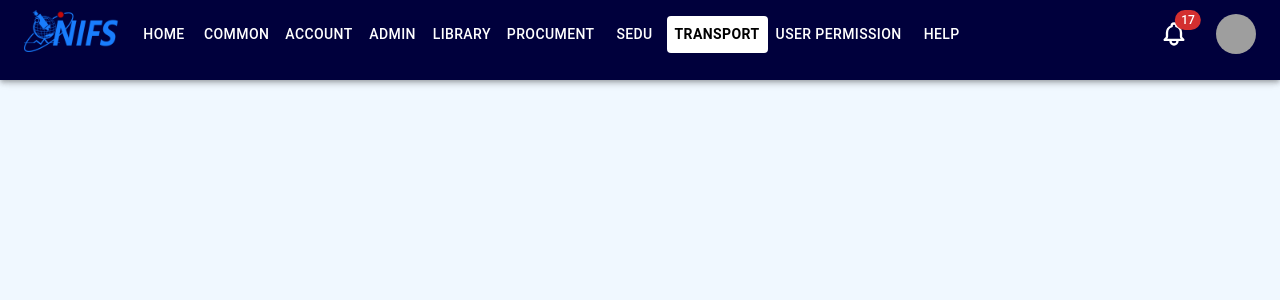
Repository: virangaj/NIFS-WebApp
Page: /transport (app in client/)
The author's editor kept a copy of each file at every save. The page is drawn from the files as they stood at one save, then again after the next save.
The browser window is 1280 px wide. The pictures show the whole page.
Pictures or frames that could not be fetched are drawn as grey boxes. The project was rebuilt for these pictures with package versions that can differ from the ones it lists, and the page was loaded fresh each time. Also part of the build but not shown: client/src/pages/Login.tsx, client/src/pages/Home.tsx, client/src/pages/CommonMainPage.tsx, client/src/pages/AccountMainPage.tsx, client/src/pages/AdminMainPage.tsx, client/src/pages/LibraryMainPage.js, client/src/pages/ProcumentMainPage.js, client/src/components/sedu/AttendanceFeedback.tsx and 15 more.

Above is the page before, as saved 2022-07-28 00:40:50.

### client/public/index.html
<!DOCTYPE html>
<html lang="en">
	<head>
		<meta charset="utf-8" />
		<link rel="icon" href="nifs_logo.png" />
		<meta name="viewport" content="width=device-width, initial-scale=1" />
		<meta name="theme-color" content="#000000" />
		<meta
			name="description"
			content="Web site created using create-react-app"
		/>
		<link rel="apple-touch-icon" href="%PUBLIC_URL%/logo192.png" />
		<!--
      manifest.json provides metadata used when your web app is installed on a
      user's mobile device or desktop. See https://developers.google.com/web/fundamentals/web-app-manifest/
    -->
		<link rel="manifest" href="%PUBLIC_URL%/manifest.json" />
		<!--
      Notice the use of %PUBLIC_URL% in the tags above.
      It will be replaced with the URL of the `public` folder during the build.
      Only files inside the `public` folder can be referenced from the HTML.

      Unlike "/favicon.ico" or "favicon.ico", "%PUBLIC_URL%/favicon.ico" will
      work correctly both with client-side routing and a non-root public URL.
      Learn how to configure a non-root public URL by running `npm run build`.
    -->
		<link
			href="https://fonts.googleapis.com/css?family=Poppins"
			rel="stylesheet"
		/>
		<title>NIFS Dashboard</title>
	</head>
	<body>
		<noscript>You need to enable JavaScript to run this app.</noscript>
		<div id="root"></div>
		<!--
      This HTML file is a template.
      If you open it directly in the browser, you will see an empty page.

      You can add webfonts, meta tags, or analytics to this file.
      The build step will place the bundled scripts into the <body> tag.

      To begin the development, run `npm start` or `yarn start`.
      To create a production bundle, use `npm run build` or `yarn build`.
    -->
	</body>
</html>

### client/src/index.css
* {
  margin: 0;
}

body {
  font-family: 'Poppins';
  -webkit-font-smoothing: antialiased;
  -moz-osx-font-smoothing: grayscale;
  background-color: aliceblue;
}

:root {
  --main-navbar-back: #00003c;
  --nav-title-section-back: rgba(4, 34, 80, 0.589);
  --white: #fff;
  --black: #000;
  --gray: rgba(68, 68, 68, 0.432);
  --border-radius: 10px;
  --pimary: rgb(10, 94, 133);
  --warning: #ed3d63;
}


.nav-logo {
  width: 100px;
  height: auto;
}

a {
  text-decoration: none;
}


/* main navbar */
.main-navbar {
  background-color: var(--main-navbar-back) !important;
  width: 100% !important;
  height: 80px !important;

}



/* secondary navbar */
.secondary-navbar {
  margin: auto;
}

.nav-flex-section {
  display: flex;
  justify-content: center;
}

.nav-flex-inside {
  margin-left: 5px;
  margin-left: 5px;
}

.nav-title {
  font-size: 15px;
  text-align: center;
  color: var(--white);
  font-weight: 600;

}

.nav-title-section {
  border-radius: var(--border-radius);
  background-color: var(--nav-title-section-back);
  box-shadow: rgba(100, 100, 111, 0.2) 0px 7px 29px 0px;
  pointer-events: none;
}

.nav-icon {
  font-size: 30px;
}

.nav-link {
  display: flex;
  flex-direction: column;
  align-items: center;
  font-size: 15px;
  margin-left: 10px;
  margin-left: 10px;
  border: none;
  box-shadow: rgba(100, 100, 111, 0.2) 0px 7px 29px 0px;
  padding: 4px 8px 6px 8px;
  margin-bottom: 10px;
  text-align: center;
  width: 125px;
  border-radius: var(--border-radius);
  background-color: var(--white);
  outline: none;
  height: 100px;

}

.nav-link:hover {
  color: var(--pimary);
  cursor: pointer;
  box-shadow: rgba(81, 146, 177, 0.2) 0px 7px 29px 0px;
  background-color: rgb(254, 255, 205);
  border-bottom: 2px solid var(--warning);

}


.nav-link:active {
  color: var(--pimary);
  cursor: pointer;
  box-shadow: rgba(81, 146, 177, 0.2) 0px 7px 29px 0px;
  background-color: rgb(205, 248, 255);
  border-bottom: 2px solid var(--warning);
}

.nav-link-active {
  color: var(--pimary);
  cursor: pointer;
  box-shadow: rgba(81, 146, 177, 0.2) 0px 7px 29px 0px;
  background-color: rgb(205, 248, 255);
  border-bottom: 2px solid var(--warning);
}

/* body content*/
.body-content {
  margin: auto;
  width: 90%;
  margin-top: 10vh;

}

/* main page content */
.main-content {
  width: 90%;
  margin: auto;
  margin-top: 20px;
}

/* sub page content */

.sub-body-content {
  border: 2px solid var(--gray);
  border-radius: var(--border-radius);
  padding: 10px;
}

.sub-body-title {
  font-size: 24px;
}



/* error page */
.error-page {
  border: 2px solid var(--gray);
  border-radius: var(--border-radius);
  height: 50vh;
  width: 50vw;
  margin: auto;
  margin-top: 50px;
}

.error-page-content {
  text-align: center;
  margin-top: 50px;
}

.error-page-content h1 {
  font-size: 100px;
  color: var(--warning);
  font-weight: 700;
  pointer-events: none;

}

.error-page-content p {
  font-size: 20px;
  margin-bottom: 20px;
  pointer-events: none;
}

### client/src/App.tsx
import React, { useEffect } from 'react';
import Navbar from './components/shared/Navbar';
import Login from './pages/Login'
import { BrowserRouter as Router, Route, Routes } from 'react-router-dom'
import Home from './pages/Home';
import TransportMainPage from './pages/TransportMainPage';
import CommonMainPage from './pages/CommonMainPage';
import AccountMainPage from './pages/AccountMainPage';
import AdminMainPage from './pages/AdminMainPage';
import LibraryMainPage from './pages/LibraryMainPage';
import ProcumentMainPage from './pages/ProcumentMainPage';
import SeduMainPage from './pages/SeduMainPage';
import UserPermissionMainPage from './pages/UserPermissionMainPage';
import NotificationMainPage from './pages/NotificationMainPage';
import HelpMainPage from './pages/HelpMainPage';
import ErrorPage from './pages/ErrorPage';


function App() {


  return (
    <Router>
      <Navbar />

      <Routes>

        <Route path="/login" element={<Login />} />
        <Route path="/" element={<Home />} />
        <Route path="/common/*" element={<CommonMainPage />} />
        <Route path="/account/*" element={<AccountMainPage />} />
        <Route path="/admin/*" element={<AdminMainPage />} />
        <Route path="/library/*" element={<LibraryMainPage />} />
        <Route path="/procument/*" element={<ProcumentMainPage />} />
        <Route path="/sedu/*" element={<SeduMainPage />} />
        <Route path="/transport/*" element={<TransportMainPage />} />
        <Route
          path="/user-permission/*"
          element={<UserPermissionMainPage />}
        />
        <Route
          path="/notification/*"
          element={<NotificationMainPage />}
        />
        <Route path="/help/*" element={<HelpMainPage />} />
        <Route path="/error-404" element={<ErrorPage />} />
      </Routes>


    </Router>
  );
}

export default App;

### client/src/components/shared/Navbar.tsx
import * as React from 'react';
import AppBar from '@mui/material/AppBar';
import Box from '@mui/material/Box';
import Toolbar from '@mui/material/Toolbar';
import IconButton from '@mui/material/IconButton';
import Typography from '@mui/material/Typography';
import Menu from '@mui/material/Menu';
import Container from '@mui/material/Container';
import Avatar from '@mui/material/Avatar';
import Button from '@mui/material/Button';
import Tooltip from '@mui/material/Tooltip';
import MenuItem from '@mui/material/MenuItem';
import { HiMenuAlt2, HiOutlineBell } from "react-icons/hi";
import Badge from '@mui/material/Badge';
import Logo from '../../images/nifs_logo.png'
import { Link, useLocation } from 'react-router-dom';
const pages = [
    {
        id: 0,
        title: 'Home',
        link: '/',
    },
    {
        id: 1,
        title: 'Common',
        link: '/common',
    },
    {
        id: 2,
        title: 'Account',
        link: '/account',
    },
    {
        id: 3,
        title: 'Admin',
        link: '/admin',
    },
    {
        id: 4,
        title: 'Library',
        link: '/library',
    },
    {
        id: 5,
        title: 'Procument',
        link: '/procument',
    },
    {
        id: 6,
        title: 'SEDU',
        link: '/sedu',
    },
    {
        id: 7,
        title: 'Transport',
        link: '/transport',
    },
    {
        id: 8,
        title: 'User Permission',
        link: '/user-permission',
    },
    // {
    //     id: 9,
    //     title: 'Notification',
    //     link: '/notification',
    // },
    {
        id: 10,
        title: 'Help',
        link: '/help',
    },
];
const settings = [
    {
        id: 0,
        title: 'Login',
        link: '/login',
    },
];
const Navbar = () => {

    // nav bar function and variables
    const location: any = useLocation();

    const [anchorElNav, setAnchorElNav] = React.useState<null | HTMLElement>(null);
    const [anchorElUser, setAnchorElUser] = React.useState<null | HTMLElement>(null);

    const handleOpenNavMenu = (event: React.MouseEvent<HTMLElement>) => {
        setAnchorElNav(event.currentTarget);
    };
    const handleOpenUserMenu = (event: React.MouseEvent<HTMLElement>) => {
        setAnchorElUser(event.currentTarget);
    };

    const handleCloseNavMenu = () => {
        setAnchorElNav(null);
    };

    const handleCloseUserMenu = () => {
        setAnchorElUser(null);
    };

    return (
        <AppBar position="fixed" className="main-navbar">
            <Container maxWidth="xl">
                <Toolbar disableGutters>
                    {/*Responsive view start here  */}
                    <Box sx={{ display: { xs: 'none', md: 'flex' }, mr: 1 }}>
                        <Link to='/'>
                            <img src={Logo} alt="logo" className="nav-logo" />
                        </Link>
                    </Box>


                    <Box sx={{ flexGrow: 1, display: { xs: 'flex', md: 'none' } }}>
                        <IconButton
                            size="large"
                            aria-label="account of current user"
                            aria-controls="menu-appbar"
                            aria-haspopup="true"
                            onClick={handleOpenNavMenu}
                            color="inherit"
                        >
                            <HiMenuAlt2 />
                        </IconButton>
                        <Menu
                            id="menu-appbar"
                            anchorEl={anchorElNav}
                            anchorOrigin={{
                                vertical: 'bottom',
                                horizontal: 'left',
                            }}
                            keepMounted
                            transformOrigin={{
                                vertical: 'top',
                                horizontal: 'left',
                            }}
                            open={Boolean(anchorElNav)}
                            onClose={handleCloseNavMenu}
                            sx={{
                                display: { xs: 'block', md: 'none' },
                            }}
                        >
                            {pages && pages.map((page, index) => (
                                location.pathname.split('/')[1] === page.link.split('/')[1] ?
                                    <Link to={page.link} style={{ textDecoration: 'none' }} key={index}>
                                        <Button

                                            onClick={handleCloseNavMenu}
                                            sx={{ my: 2, color: 'white', display: 'block' }}
                                            style={{ backgroundColor: '#000', color: '#fff', fontWeight: 700 }}
                                        >
                                            {page.title}
                                        </Button>
                                    </Link>
                                    :
                                    <Link to={page.link} style={{ textDecoration: 'none' }} >
                                        <Button
                                            key={page.id}
                                            onClick={handleCloseNavMenu}
                                            sx={{ my: 2, color: 'white', display: 'block' }}
                                            style={{ backgroundColor: '#fff', color: '#000' }}
                                        >
                                            {page.title}
                                        </Button>
                                    </Link>
                            ))}
                        </Menu>
                    </Box>
                    {/* Responsive view ends here */}

                    {/* Full width starts here */}
                    <Box
                        sx={{
                            mr: 2,
                            display: { xs: 'flex', md: 'none' },
                            flexGrow: 1,
                        }}
                    >
                        <Link to='/'>
                            <img src={Logo} alt="logo" className="nav-logo" />
                        </Link>
                    </Box>

                    <Box sx={{ flexGrow: 1, display: { xs: 'none', md: 'flex' } }}>
                        {pages.map((page, index) => (
                            location.pathname.split('/')[1] === page.link.split('/')[1] ?
                                <Link to={page.link} style={{ textDecoration: 'none' }} key={index}>
                                    <Button
                                        onClick={handleCloseNavMenu}
                                        sx={{ my: 2, color: 'white', display: 'block' }}
                                        style={{ backgroundColor: '#fff', color: '#000', fontWeight: 700 }}


                                    >
                                        {page.title}
                                    </Button>
                                </Link>
                                :
                                <Link to={page.link} style={{ textDecoration: 'none' }} >
                                    <Button
                                        key={page.id}
                                        onClick={handleCloseNavMenu}
                                        sx={{ my: 2, color: 'white', display: 'block' }}

                                    >
                                        {page.title}
                                    </Button>
                                </Link>
                        ))}
                    </Box>
                    <IconButton
                        size="large"
                        aria-label="show 17 new notifications"
                        color="inherit"
                        sx={{ mr: 2 }}
                    >
                        <Badge badgeContent={17} color="error">
                            <HiOutlineBell />
                        </Badge>
                    </IconButton>
                    <Box sx={{ flexGrow: 0 }}>
                        <Tooltip title="Open settings">
                            <IconButton onClick={handleOpenUserMenu} sx={{ p: 0 }}>
                                <Avatar alt="Remy Sharp" src="/static/images/avatar/2.jpg" />
                            </IconButton>
                        </Tooltip>
                        <Menu
                            sx={{ mt: '45px' }}
                            id="menu-appbar"
                            anchorEl={anchorElUser}
                            anchorOrigin={{
                                vertical: 'top',
                                horizontal: 'right',
                            }}
                            keepMounted
                            transformOrigin={{
                                vertical: 'top',
                                horizontal: 'right',
                            }}
                            open={Boolean(anchorElUser)}
                            onClose={handleCloseUserMenu}
                        >
                            {settings && settings.map((setting, index) => (
                                <MenuItem key={index} onClick={handleCloseUserMenu}>
                                    <Typography textAlign="center">{setting.title}</Typography>
                                </MenuItem>
                            ))}
                        </Menu>
                    </Box>
                </Toolbar>
            </Container>
        </AppBar>
    );
};
export default Navbar;

### client/src/pages/TransportMainPage.tsx
import React from 'react';

import TransportNavbar from '../components/Transport/shared/TransportNavbar';
import { Route, Routes } from 'react-router-dom';
import NewRequest from '../components/Transport/NewRequest';
import RecommendedRequest from '../components/Transport/RecommendedRequest';
import ApproveRequest from '../components/Transport/ApproveRequest';

// transport main page where all other section of transport department can be access from here
function TransportMainPage() {
	return (
		<div>
			<TransportNavbar />
			<div className="sub-body-content">
				<Routes>
					{/* <Route path="/" element={<NewRequest />} />
					<Route path="/recommend" element={<RecommendedRequest />} />
					<Route path="/approve" element={<ApproveRequest />} /> */}
				</Routes>
			</div>
		</div>
	);
}

export default TransportMainPage;

### client/src/components/Transport/shared/TransportNavbar.js
import * as React from 'react';
import Tabs from '@mui/material/Tabs';
import Tab from '@mui/material/Tab';
import Box from '@mui/material/Box';
import { Link, useLocation } from 'react-router-dom';

export default function TransportNavbar() {
	const location = useLocation();

	const pages = [
		{
			id: 0,
			title: 'New Request',
			link: '/transport',
		},
		{
			id: 1,
			title: 'Recommend Request',
			link: '/transport/recommend',
		},
		{
			id: 2,
			title: 'Approve Request',
			link: '/transport/approve',
		},
	];

	return (
		<Box sx={{ width: '90%' }} className="secondary-navbar">
			<Box sx={{ borderBottom: 1, borderColor: 'divider' }}>
				<Tabs value={location.pathname} centered>
					{pages &&
						pages.map((page) => (
							<Tab
								key={page.id}
								label={page.title}
								value={page.link}
								component={Link}
								to={page.link}
							/>
						))}
				</Tabs>
			</Box>
		</Box>
	);
}

Loaded but not shown: client/src/index.tsx (common file); client/src/reportWebVitals.ts (common file)

After the next save:
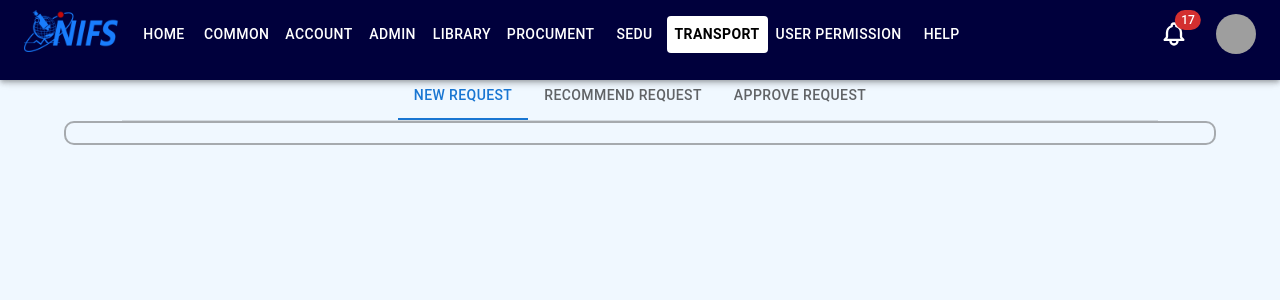
Saved 2 min 17 s later.
--- a/client/src/pages/TransportMainPage.tsx
+++ b/client/src/pages/TransportMainPage.tsx
@@ -9,7 +9,7 @@ import ApproveRequest from '../components/Transport/ApproveRequest';
 // transport main page where all other section of transport department can be access from here
 function TransportMainPage() {
 	return (
-		<div>
+		<div className='body-content'>
 			<TransportNavbar />
 			<div className="sub-body-content">
 				<Routes>
